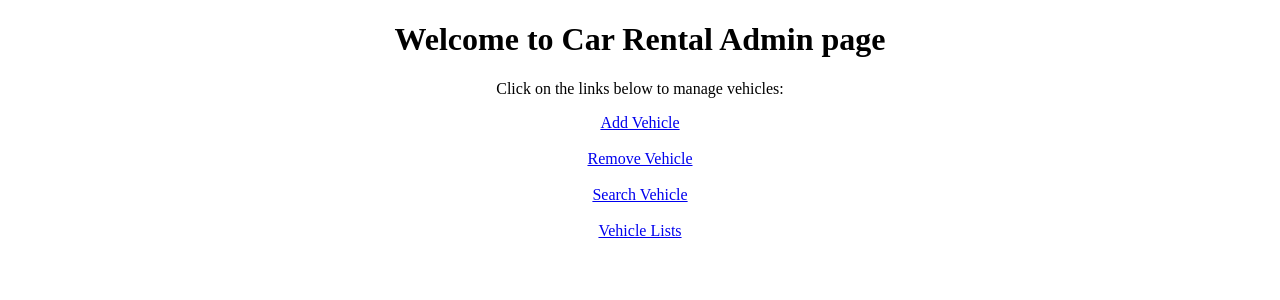
Repository: harsh23012/InfiniteProjects
Page: CarRent/carrent/src/main/webapp/AdminPage.html
The author's editor kept a copy of each file at every save. The page is drawn from the files as they stood at one save, then again after the next save.
The browser window is 1280 px wide. The pictures show the whole page.

Above is the page before, as saved 2025-05-04 11:14:24.

After the next save:
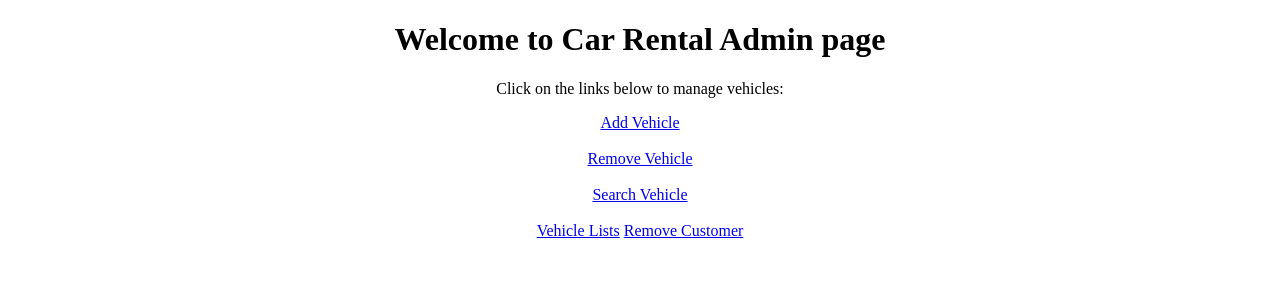
Saved 2 min 36 s later.
--- a/CarRent/carrent/src/main/webapp/AdminPage.html
+++ b/CarRent/carrent/src/main/webapp/AdminPage.html
@@ -22,6 +22,9 @@
         <!-- Link to list of available vehicle page -->
         <a href="AvailVehicle.html">Vehicle Lists</a>
 
+        <!-- Link to remove Customer -->
+        <a href="RemoveCustomer.html"html">Remove Customer</a>
+
 
 	</center>
 
